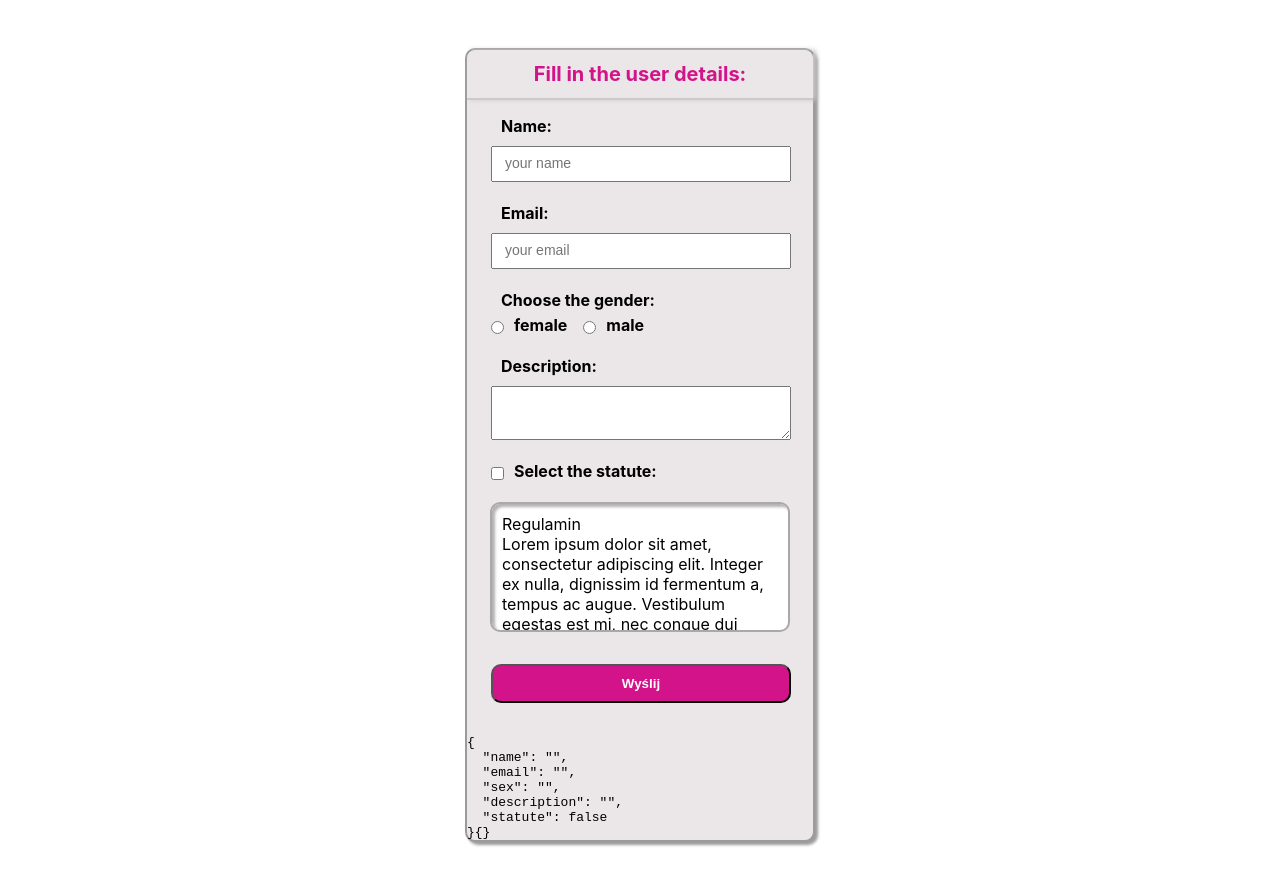
Repository: KrzysKolo/sr_tydzien4_zad3
Page: /
These files come from the project's save history. The page is drawn as it stood at one moment and after the next save; the edit follows.
The browser window is 1280 px wide. The pictures show the whole page.
The project was rebuilt for these pictures with package versions that can differ from the ones it lists, and the page was loaded fresh each time. Also part of the build but not shown: src/components/FormComponents/TextError.js, src/components/FormComponents/FormMessage.js.

Above is the page before, as saved 2020-11-20 11:14:32.

After the next save:
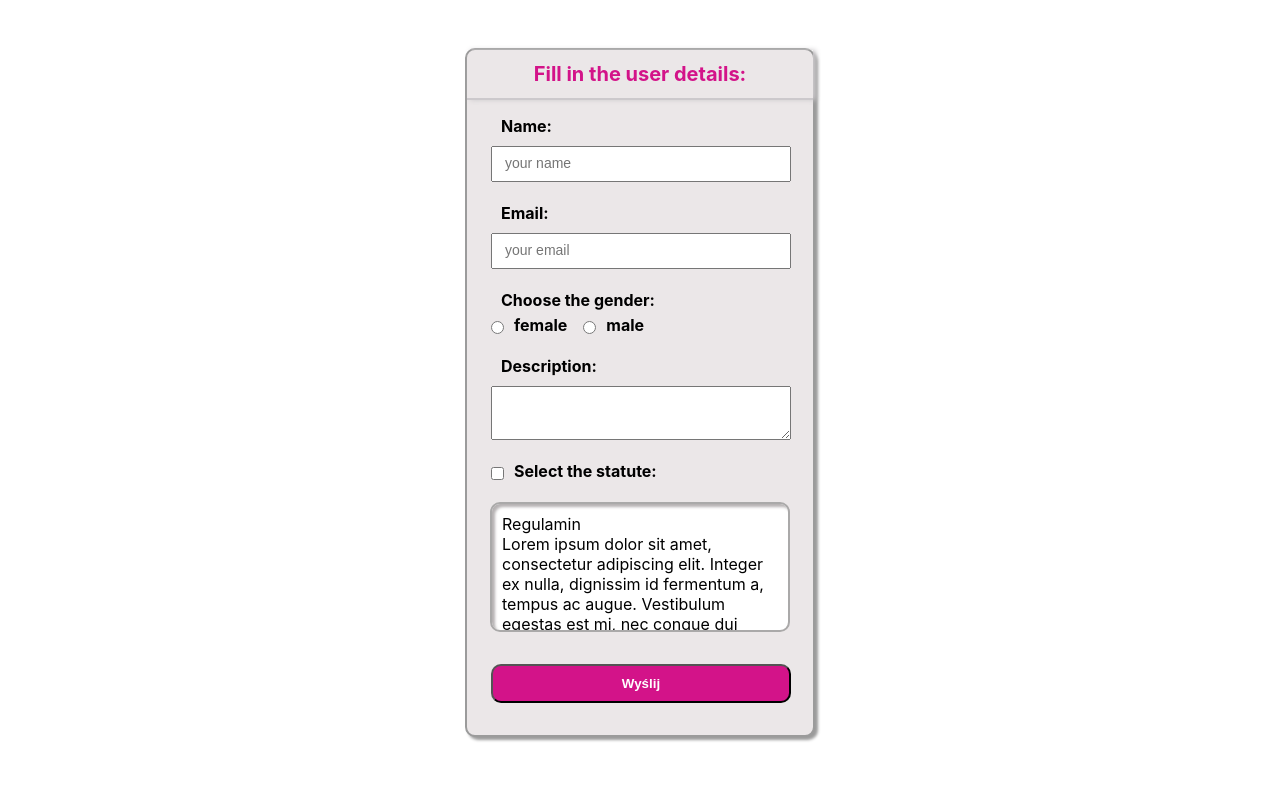
Saved 2 min 26 s later.
--- a/src/components/Formik/FormikContainer.js
+++ b/src/components/Formik/FormikContainer.js
@@ -49,12 +49,7 @@ const FormikContainer = () => {
                     <section className="section">
                          <button className="btn-send" type="submit">Wyślij</button>
                     </section>
-                    <pre>
-                        {JSON.stringify(values, null, 2)}
-                        {JSON.stringify(errors, null, 2)}
-
-                    </pre>
-                    { showMessage && <FormMessage message="Thank you for sending the form"/>}
+                   { showMessage && <FormMessage message="Thank you for filling up the form!"/>}
                 </Form>
 
             )
